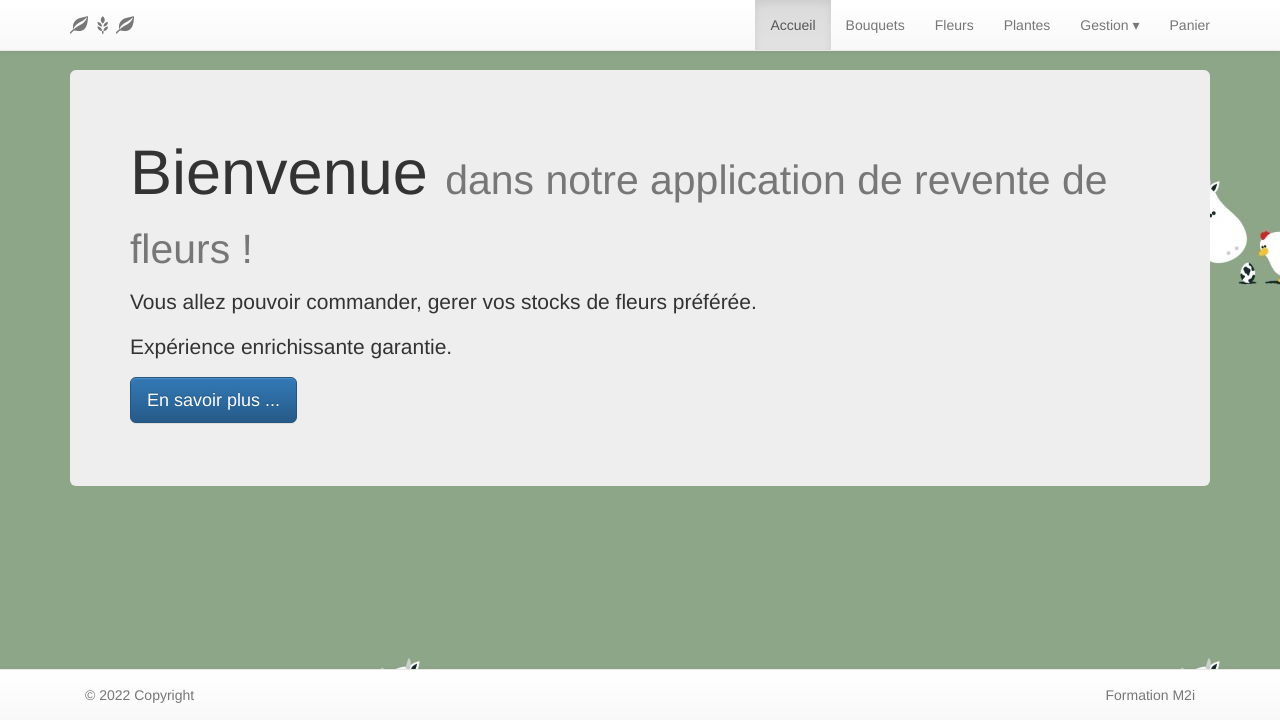
Repository: JeremT8/JavaFleuristeProject
Page: tp-fleuriste/src/main/webapp/index.html
The author's editor kept a copy of each file at every save. The page is drawn from the files as they stood at one save, then again after the next save.
The browser window is 1280 px wide. The pictures show the whole page.
Some web libraries are served in a nearby version.

Above is the page before, as saved 2022-05-16 14:49:49.

### tp-fleuriste/src/main/webapp/index.html
<!DOCTYPE html>
<html>
<head>
<meta charset="UTF-8">
<title>Flow Hearts</title>
<link rel="stylesheet"
	href="https://maxcdn.bootstrapcdn.com/bootstrap/3.3.7/css/bootstrap.min.css">
<link rel="stylesheet"
	href="https://maxcdn.bootstrapcdn.com/bootstrap/3.3.7/css/bootstrap-theme.min.css">
<script
	src="https://ajax.googleapis.com/ajax/libs/jquery/3.1.1/jquery.min.js"></script>
<script
	src="https://maxcdn.bootstrapcdn.com/bootstrap/3.3.7/js/bootstrap.min.js"></script>
<link rel="apple-touch-icon" sizes="76x76" href="/apple-touch-icon.png">
<link rel="icon" type="image/png" sizes="32x32"
	href="/favicon-32x32.png">
<link rel="icon" type="image/png" sizes="16x16"
	href="/favicon-16x16.png">
<link rel="manifest" href="/site.webmanifest">
<link rel="mask-icon" href="/safari-pinned-tab.svg" color="#5bbad5">
<meta name="msapplication-TileColor" content="#da532c">
<meta name="theme-color" content="#ffffff">
<link rel="stylesheet" href="css/commun.css">
<style type="text/css">
body {
	background-image: url("img/fond.jpg");
}
</style>
</head>
<body>
	<nav class="navbar navbar-default navbar-fixed-top">
		<div class="container">
			<div class="navbar-header">
				<a href="index.html" class="navbar-brand active"> <span
					class="glyphicon glyphicon-leaf rotate-leaf"></span> <span
					class="glyphicon glyphicon-grain"></span> <span
					class="glyphicon glyphicon-leaf"></span>
				</a>
				<button class="navbar-toggle" type="button" data-toggle="collapse"
					data-target="#navbar-main">
					<span class="icon-bar"></span> <span class="icon-bar"></span> <span
						class="icon-bar"></span>
				</button>
			</div>
			<div class="navbar-collapse collapse" id="navbar-main">
				<ul class="nav navbar-nav navbar-right">
					<li class="active"><a href="#">Accueil</a></li>
					<li><a href="bouquets.html">Bouquets</a></li>
					<li><a href="fleurs.html">Fleurs</a></li>
					<li><a href="plantes.html">Plantes</a></li>
					<li class="nav-item dropdown"><a
						class="nav-link dropdown-toggle" href="#" id="navbarDropdown"
						role="button" data-toggle="dropdown" aria-haspopup="true"
						aria-expanded="false"> Gestion ▾ </a>
						<div class="dropdown-menu" aria-labelledby="navbarDropdown">
							<a class="dropdown-item" href="plantes.html">Plantes</a>
							<div class="dropdown-divider"></div>
							<a class="dropdown-item" href="fleurs.html">Fleurs</a>
							<div class="dropdown-divider"></div>
							<a class="dropdown-item" href="bouquets.html">Bouquets</a>
							<div class="dropdown-divider"></div>
							<a class="dropdown-item" href="saisons.html">Saisons</a>
							<div class="dropdown-divider"></div>
							<a class="dropdown-item" href="styles.html">Styles</a>
						</div></li>
					<li><a  href="styles.html"> Panier</a></li>
				</ul>
			</div>
		</div>
	</nav>

	<div class="container">
		<div class="jumbotron">
			<h1>
				Bienvenue <small>dans notre application de revente de fleurs !</small>
			</h1>
			<p>Vous allez pouvoir commander, gerer vos stocks de fleurs préférée.</p>
			<p>Expérience enrichissante garantie.</p>
			<p>
				<a class="btn btn-primary btn-lg" role="button" href="films.html">En
					savoir plus ...</a>
			</p>
		</div>
	</div>

	<nav class="navbar navbar-default navbar-fixed-bottom">
		<div class="container">
			<ul class="nav navbar-nav  navbar-foot">
				<li class="pull-left"><a>© 2022 Copyright</a></li>
				<li class="pull-right"><a>Formation M2i</a></li>
			</ul>
		</div>
	</nav>

</body>
</html>

### tp-fleuriste/src/main/webapp/css/commun.css
body {
	padding-top: 70px;
	padding-bottom: 70px;

}

.navbar-foot {
	width: 100%;
}

.rouge {
	color: red;
}

.vert {
	color: green;
}

.bleu, .glyphicon-shopping-cart {
	color: #337ab7;
}
.gros{
	font-size: 1.0em;
	padding-left: 15px;
	padding-right: 15px;
}
.glyphicon-menu-up, .glyphicon-menu-down{
	font-size: 0.7em;
}
.supp, .modif, .tri{
/* 	cursor:crosshair;	 */
	cursor:pointer;
}

textarea.noresize{
	resize: none;
}

#map{
	width : 100%;
	height : 400px;
	border : 1px solid #337ab7;
}

.icon-flipped {
transform: scaleX(-1);
-moz-transform: scaleX(-1);
-webkit-transform: scaleX(-1);
-ms-transform: scaleX(-1);
}


.bottle{
	display: inline-block !important;
}

a.dropdown-item {
	color: black;
	text-decoration: none;
}

After the next save:
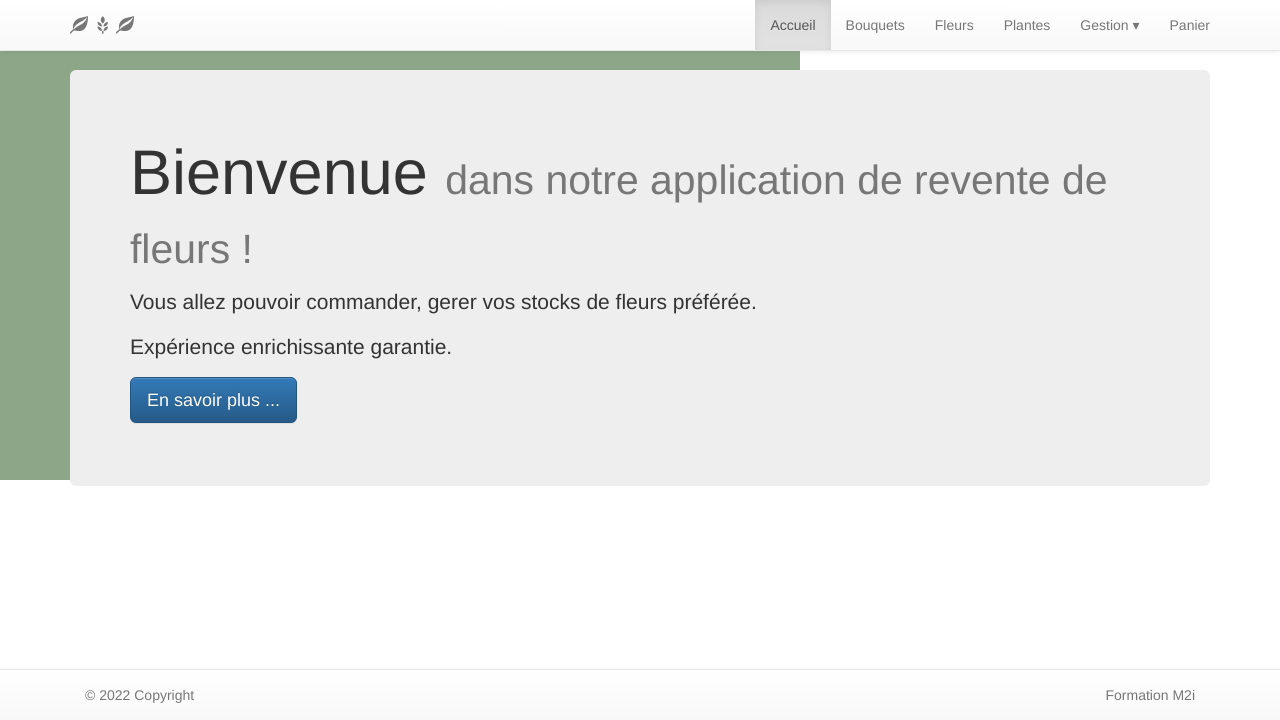
Saved 37 s later.
--- a/tp-fleuriste/src/main/webapp/index.html
+++ b/tp-fleuriste/src/main/webapp/index.html
@@ -24,6 +24,7 @@
 <style type="text/css">
 body {
 	background-image: url("img/fond.jpg");
+	background-repeat: no-repeat;
 }
 </style>
 </head>
